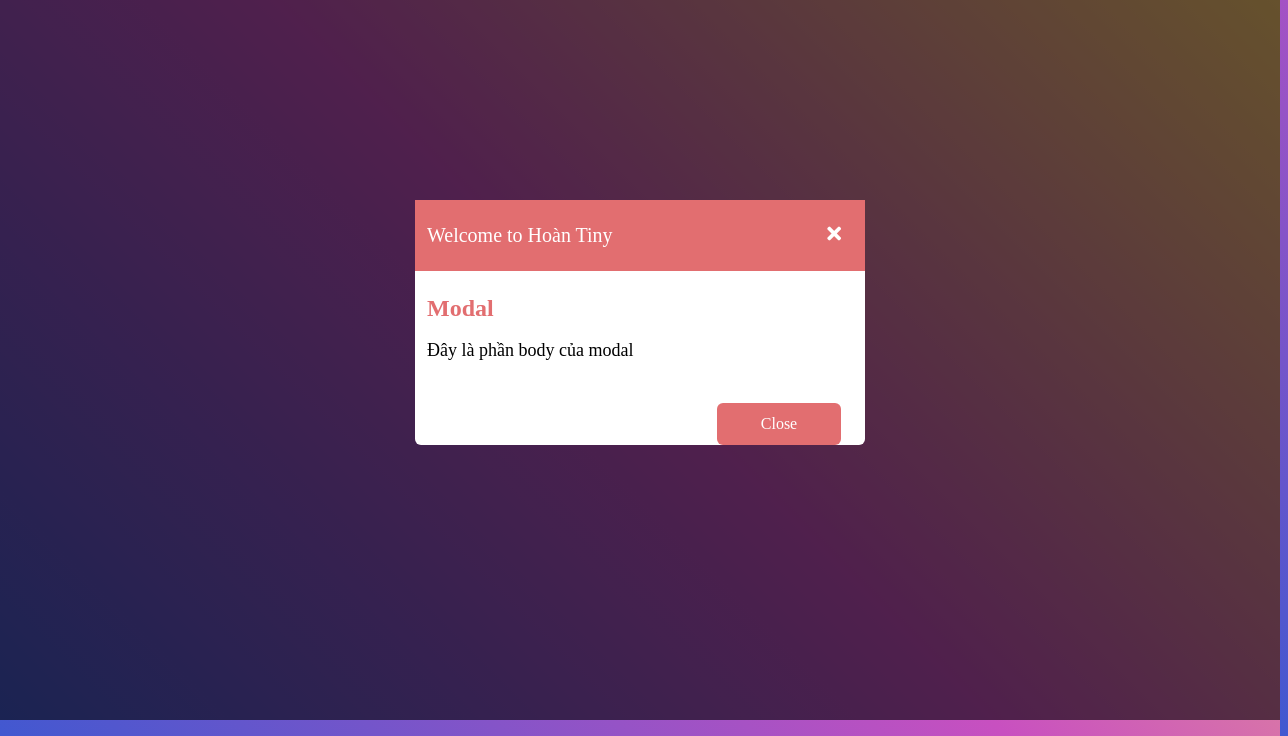
Repository: HoanTiny/30projects-30day
Page: Day 3/index.html
An editor plug-in stored every save of this project. The page is shown before and after the next save, followed by the edit.
The browser window is 1280 px wide. The page is 1288 px wide, so the pictures cover 1288 px, including what lies to the right of the window. The pictures show the whole page.
Some web libraries are served in a nearby version.

Above is the page before, as saved 2021-12-01 16:15:03.

### Day 3/index.html
<!DOCTYPE html>
<html lang="en">
    <head>
        <meta charset="UTF-8" />
        <meta http-equiv="X-UA-Compatible" content="IE=edge" />
        <meta name="viewport" content="width=device-width, initial-scale=1.0" />
        <title>Day 2</title>
        <link
            rel="stylesheet"
            href="https://use.fontawesome.com/releases/v5.13.0/css/all.css"
            integrity="sha384-Bfad6CLCknfcloXFOyFnlgtENryhrpZCe29RTifKEixXQZ38WheV+i/6YWSzkz3V"
            crossorigin="anonymous"
        />
        <link rel="stylesheet" href="./styles.css" />
    </head>
    <body>
        <div class="btn">Open Modal</div>
        <div class="modal">
            <div class="container">
                <div class="header-modal">
                    <span>Welcome to Hoàn Tiny</span>
                    <i class="fas fa-times icon-close"></i>
                </div>
                <div class="body-modal">
                    <span class="heading">Modal</span>
                    <p>Đây là phần body của modal</p>
                </div>
                <div class="btn-close">Close</div>
            </div>
        </div>
        <script src="./js.js"></script>
    </body>
</html>

### Day 3/styles.css
body {
    background-image: linear-gradient(45deg, rgb(65, 88, 208) 0%, rgb(200, 80, 192) 50%, rgb(255, 204, 112) 100%);
    height: 100vh;
    overflow: hidden;
    width: 100%;
    display: flex;
    align-items: center;
    justify-content: center;
}

.btn {
    padding: 32px 48px;
    background-color: #fff;
    border-radius: 12px;
    font-size: 24px;
    cursor: pointer;
}

.modal {
    position: absolute;
    top: 0;
    left: 0;
    width: 100%;
    height: 100vh;
    background-color: rgba(0, 0, 0, 0.6);
}

.container {
    border-radius: 6px;
    background-color: #fff;
    width: 450px;
    z-index: 1;
    margin: 200px auto;
}

.header-modal {
    background-color: #e26e70;
    padding: 24px 12px;
    display: flex;
    justify-content: space-between;
    color: #fff;
    font-size: 20px;
}

.icon-close {
    margin-right: 12px;
}

.body-modal {
    padding: 24px 12px;
}

.heading {
    color: #e26e70;
    font-weight: bold;
    font-size: 24px;
}

.body-modal p {
    font-size: 18px;
    font-weight: 500;
}

.btn-close {
    margin-right: 24px;
    margin-bottom: 12px;
    padding: 12px;
    background-color: #e26e70;
    color: #fff;
    width: 100px;
    text-align: center;
    margin-left: auto;
    border-radius: 6px;
}

### Day 3/js.js
const buttonBtn = document.querySelector(".btn");

buttonBtn.addEventListener("click", function () {
    console.log("h");
});

After the next save:
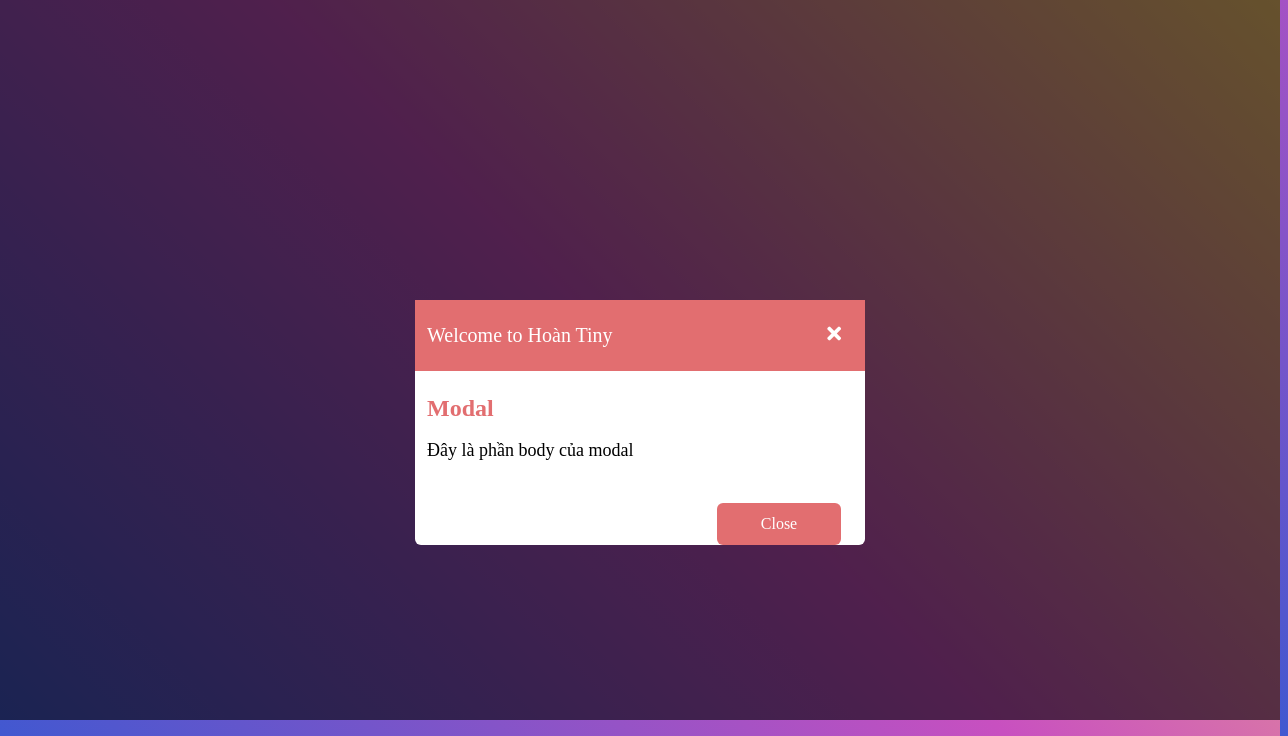
Saved 8 s later.
--- a/Day 3/styles.css
+++ b/Day 3/styles.css
@@ -30,7 +30,7 @@ body {
     background-color: #fff;
     width: 450px;
     z-index: 1;
-    margin: 200px auto;
+    margin: 300px auto;
 }
 
 .header-modal {
